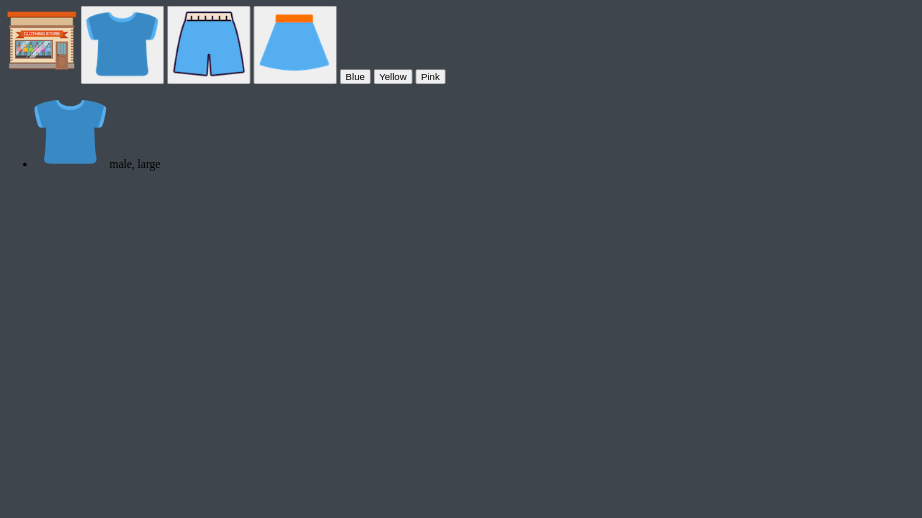
Repository: GoodHoneyCake/Dream_Coding_Academy1
Page: index.html
These files come from the project's save history. The page is drawn as it stood at one moment and after the next save; the edit follows.
The browser window is 1280 px wide. The pictures show the whole page, at 72% of full size.

Above is the page before, as saved 2021-01-06 16:09:05.

After the next save:
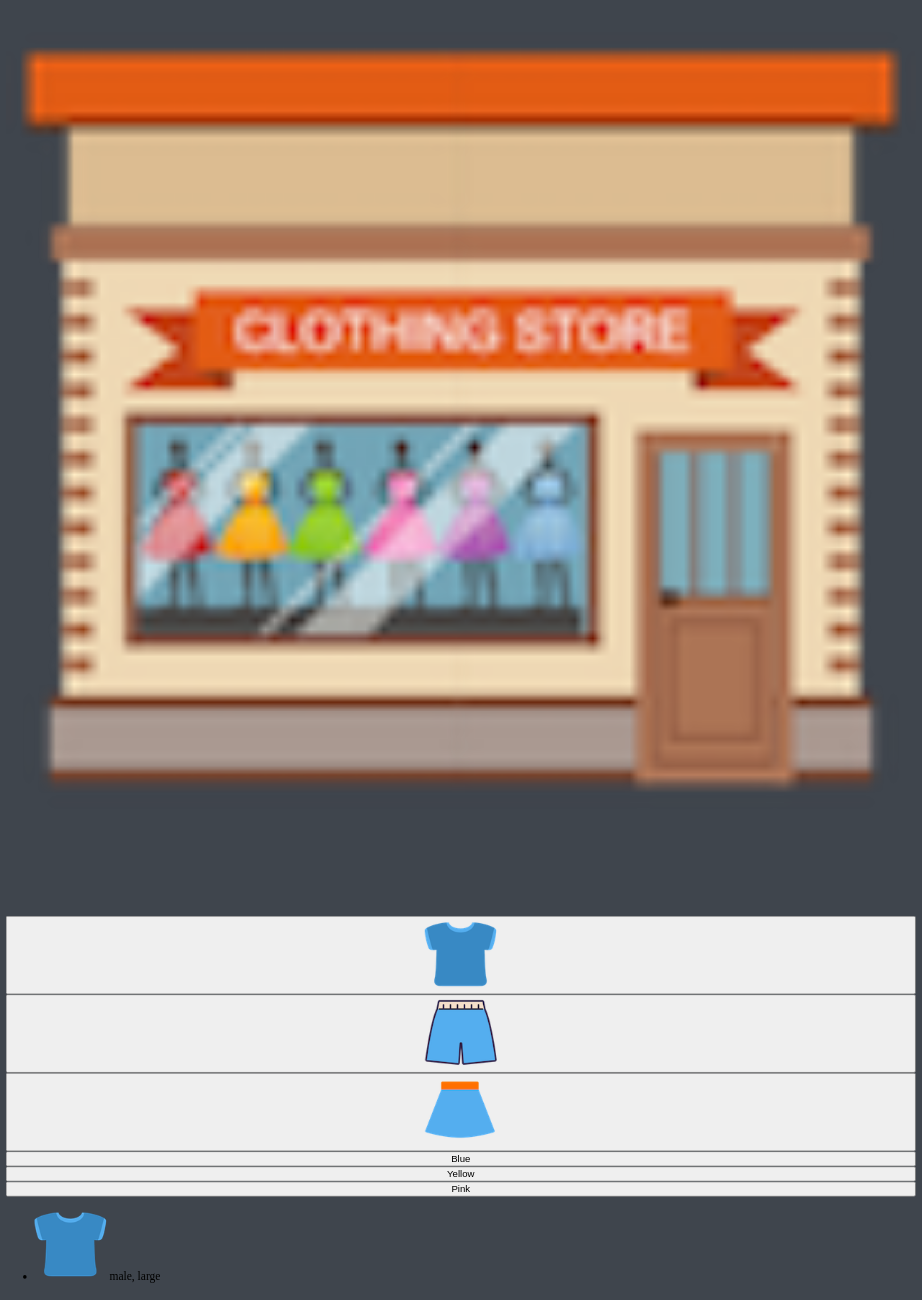
Saved 66 s later.
--- a/style.css
+++ b/style.css
@@ -14,4 +14,6 @@
 
 body {
   background-color: var(--color-black);
+  display: flex;
+  flex-direction: column;
 }
